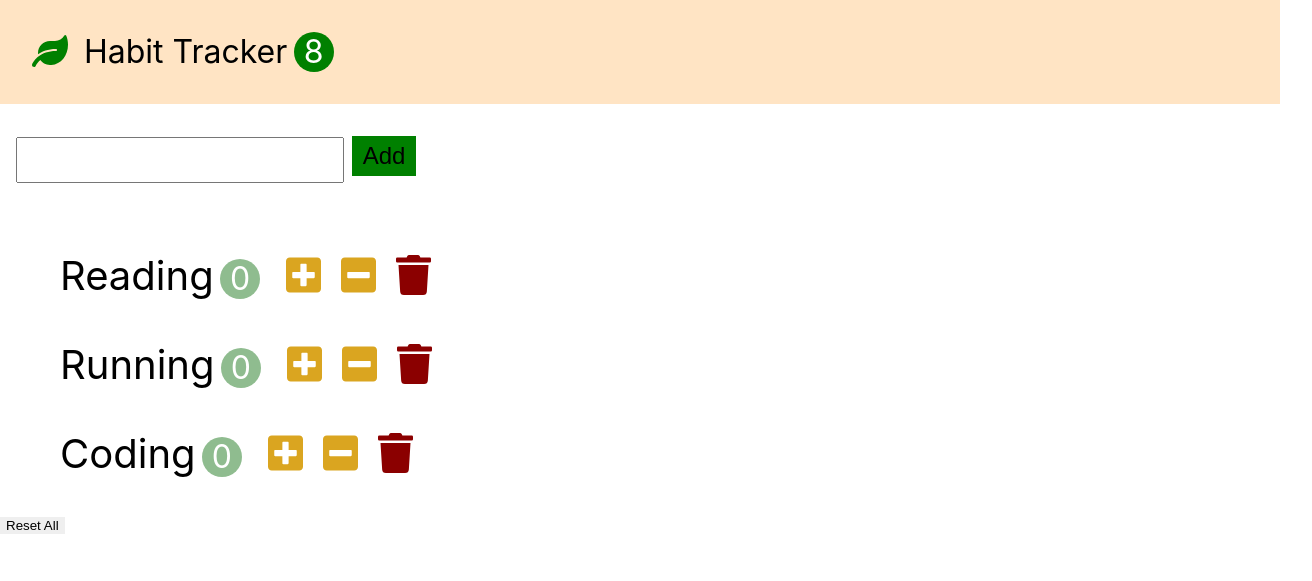
Repository: keehoonjung/react-habit-tracker
Page: / (app in react/habit-tracker/)
The author's editor kept a copy of each file at every save. The page is drawn from the files as they stood at one save, then again after a run of saves.
The browser window is 1280 px wide. The page is 1312 px wide, so the pictures cover 1312 px, including what lies to the right of the window. The pictures show the whole page.
The project was rebuilt for these pictures with package versions that can differ from the ones it lists, and the page was loaded fresh each time.

Above is the page before, as saved 2021-08-30 18:38:27.

### react/habit-tracker/public/index.html
<!DOCTYPE html>
<html lang="en">
  <head>
    <meta charset="utf-8" />
    <link rel="icon" href="%PUBLIC_URL%/favicon.ico" />
    <meta name="viewport" content="width=device-width, initial-scale=1" />
    <meta name="theme-color" content="#000000" />
    <meta
      name="description"
      content="Web site created using create-react-app"
    />
    <link rel="apple-touch-icon" href="%PUBLIC_URL%/logo192.png" />
    <title>App</title>
  </head>
  <body>
    <noscript>You need to enable JavaScript to run this app.</noscript>
    <div id="root"></div>
  </body>
</html>

### react/habit-tracker/src/app.jsx
import React, { Component } from "react";
import "./app.css";
import Habits from "./components/habits";

class App extends Component {
  state = {
    count: 0,
  };
  render() {
    return (
      <>
        <nav className="header">
          <i className="fas fa-leaf"></i>
          <span className="header-title">Habit Tracker</span>
          <span className="header-count">8</span>
        </nav>
        <div className="input-container">
          <input type="text" className="input" />
          <button className="habit-input">Add</button>
        </div>
        <Habits />
        <button className="reset-button">Reset All</button>
      </>
    );
  }
}

export default App;

### react/habit-tracker/src/app.css
button {
  outline: none;
  border: 0;
  cursor: pointer;
}

.header {
  background-color: bisque;
  font-size: 2rem;
  padding: 2rem 2rem;
}

.fa-leaf {
  color: green;
  margin-right: 1rem;
}

.header-count {
  display: inline-block;
  text-align: center;
  width: 2.5rem;
  height: 2.5rem;
  line-height: 2.5rem;
  font-size: 2rem;
  margin-left: 0.2em;
  margin-right: 0.5em;
  background-color: green;
  color: white;
  border-radius: 50%;
}

.input-container {
  width: 100%;
  padding: 2rem 1rem;
}

.input {
  width: 20rem;
  height: 2.5rem;
}

.habit-input {
  font-size: 1.5rem;
  height: 2.5rem;
  width: 4rem;
  margin-left: 0.5rem;
  background-color: green;
}

.habit {
  font-size: 2.5rem;
  padding: 0.5em;
  list-style: none;
}

.habit-count {
  display: inline-block;
  text-align: center;
  width: 2.5rem;
  height: 2.5rem;
  line-height: 2.5rem;
  font-size: 2rem;
  margin-left: 0.2em;
  margin-right: 0.5em;
  background-color: darkseagreen;
  color: white;
  border-radius: 50%;
}

.habit-button {
  font-size: 2.5rem;
  margin: 0 0.1em;
  background-color: transparent;
}

.habit-button:hover {
  opacity: 0.8;
}

.habit-increase,
.habit-decrease {
  color: goldenrod;
}

.habit-delete {
  color: darkred;
}

### react/habit-tracker/src/components/habits.jsx
import React, { Component } from "react";
import Habit from "./habit";

class Habits extends Component {
  state = {
    habits: [
      { id: 1, name: "Reading", count: 0 },
      { id: 2, name: "Running", count: 0 },
      { id: 3, name: "Coding", count: 0 },
    ],
  };

  handleIncrement = (habit) => {
    const habits = [...this.state.habits];
    const index = habits.indexOf(habit);
    habits[index].count++;
    this.setState({ habits });
  };
  handledecrement = (habit) => {
    const habits = [...this.state.habits];
    const index = habits.indexOf(habit);
    const count = habits[index].count - 1;
    habits[index].count = count < 0 ? 0 : count;
    this.setState({ habits });
  };
  handleDelete = (habit) => {
    const habits = this.state.habits.filter((item) => item.id !== habit.id);
    this.setState({ habits });
  };
  render() {
    return (
      <ul>
        {this.state.habits.map((habit) => (
          <Habit
            key={habit.id}
            habit={habit}
            OnhandleIncrement={this.handleIncrement}
            Onhandledecrement={this.handledecrement}
            OnhandleDelete={this.handleDelete}
          />
        ))}
      </ul>
    );
  }
}

export default Habits;

### react/habit-tracker/src/components/habit.jsx
import React, { Component } from "react";

class Habit extends Component {
  handleIncrement = () => {
    // this.setState({ count: this.state.count + 1 });
    this.props.OnhandleIncrement(this.props.habit);
  };

  handledecrement = () => {
    this.props.Onhandledecrement(this.props.habit);
  };
  handleDelete = () => {
    this.props.OnhandleDelete(this.props.habit);
  };
  render() {
    const { name, count } = this.props.habit;
    return (
      <li className="habit">
        <span className="habit-name">{name}</span>
        <span className="habit-count">{count}</span>
        <button
          className="habit-button habit-increase"
          onClick={this.handleIncrement}
        >
          <i className="fas fa-plus-square"></i>
        </button>
        <button
          className="habit-button habit-decrease"
          onClick={this.handledecrement}
        >
          <i className="fas fa-minus-square"></i>
        </button>
        <button
          className="habit-button habit-delete"
          onClick={this.handleDelete}
        >
          <i className="fas fa-trash"></i>
        </button>
      </li>
    );
  }
}

export default Habit;

Loaded but not shown: react/habit-tracker/src/index.js (common file); react/habit-tracker/src/index.css (common file)

After the next 2 saves:
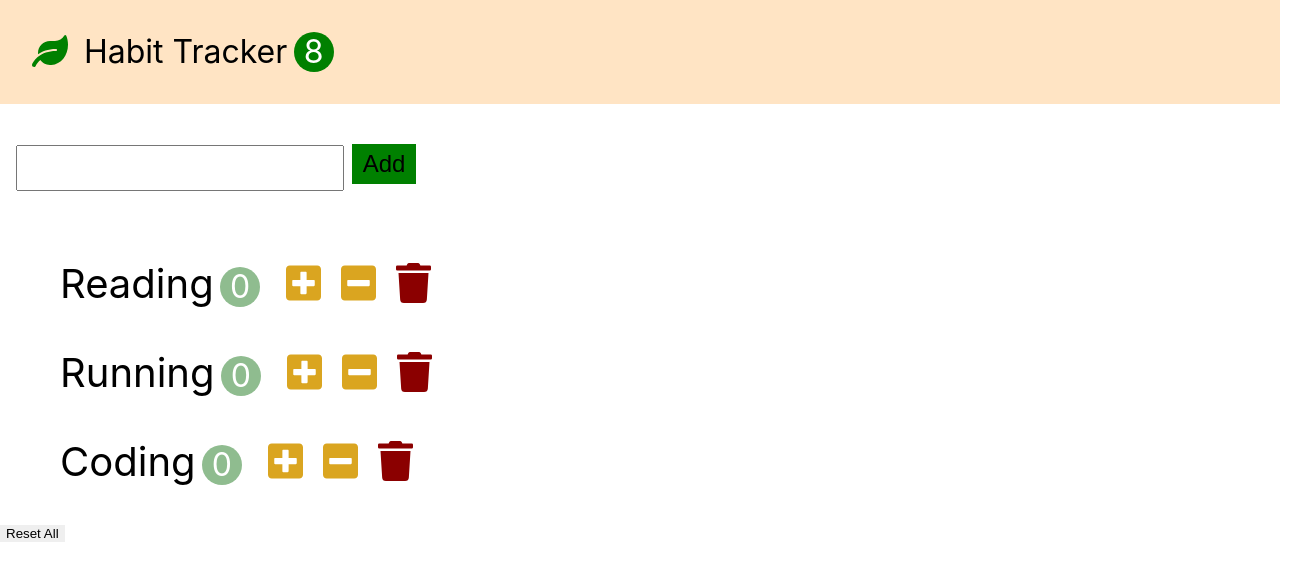
The 2 saves are shown as one change because they came seconds apart.
The last was saved 12 s later.
--- a/react/habit-tracker/src/app.css
+++ b/react/habit-tracker/src/app.css
@@ -43,6 +43,7 @@
   font-size: 1.5rem;
   height: 2.5rem;
   width: 4rem;
+  margin-top: 0.5rem;
   margin-left: 0.5rem;
   background-color: green;
 }

After the save that followed:
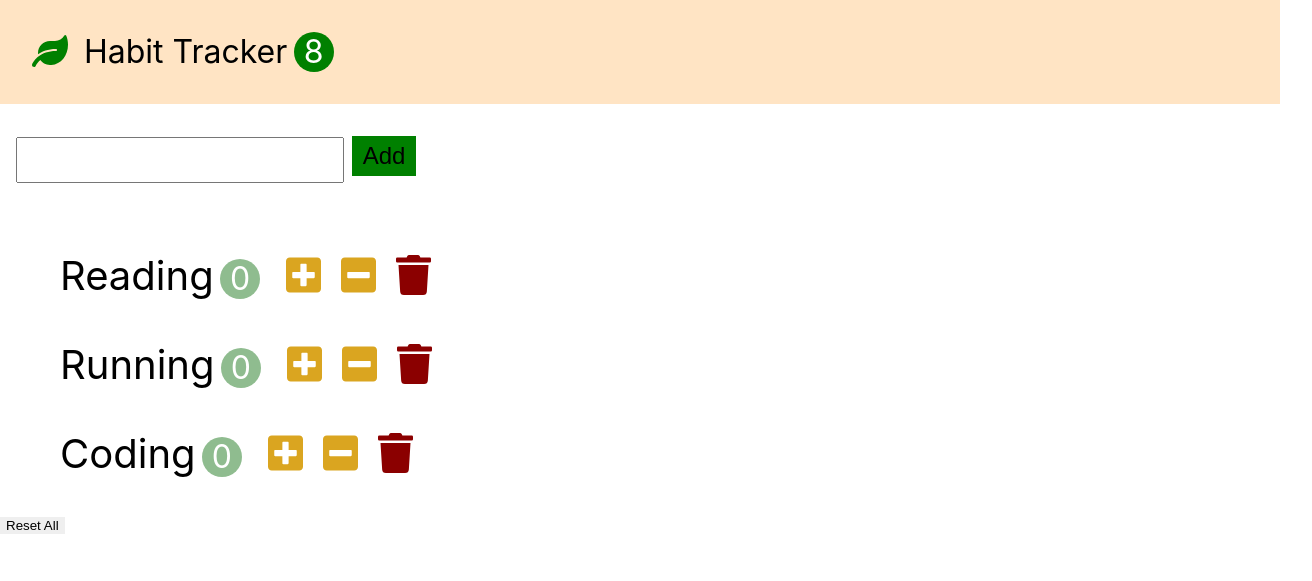
Saved 18 s later.
--- a/react/habit-tracker/src/app.css
+++ b/react/habit-tracker/src/app.css
@@ -43,7 +43,6 @@
   font-size: 1.5rem;
   height: 2.5rem;
   width: 4rem;
-  margin-top: 0.5rem;
   margin-left: 0.5rem;
   background-color: green;
 }
